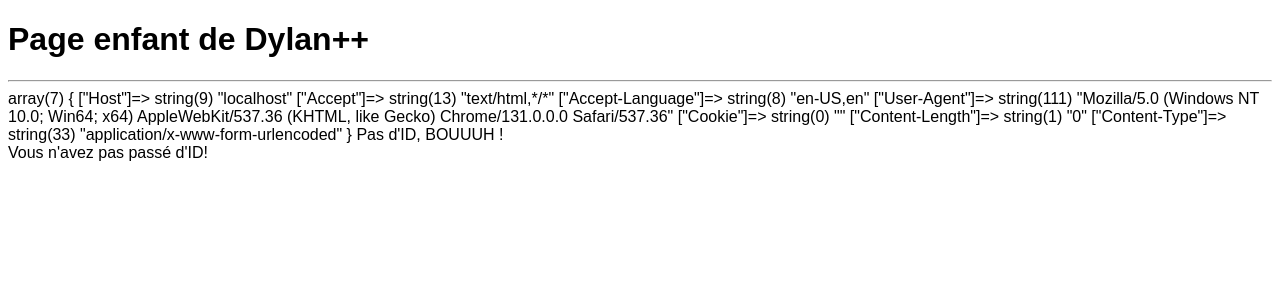
Repository: DylanCahu/cookie
Page: http://localhost/enfant.php
These files come from the project's save history. The page is drawn as it stood at one moment and after the next save; the edit follows.
The browser window is 1280 px wide. The pictures show the whole page.
The page is run by PHP 8.4 with error messages shown; the project is at /var/www/html/.

Above is the page before, as saved 2021-12-13 09:16:49.

After the next save:
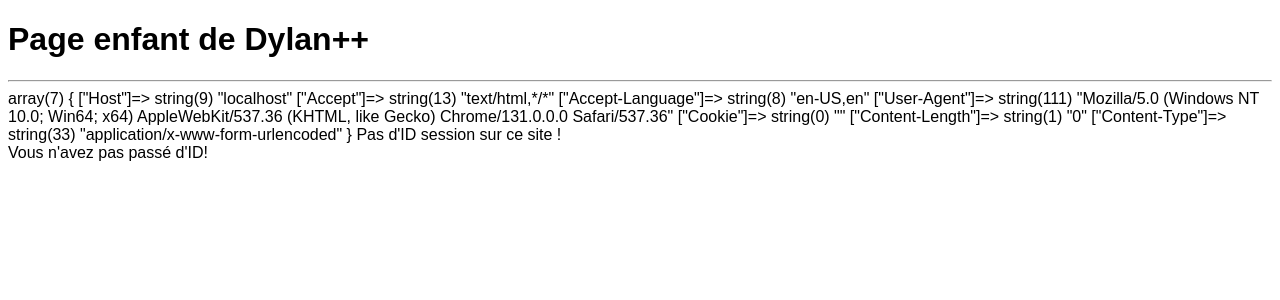
Saved 14 s later.
--- a/enfant.php
+++ b/enfant.php
@@ -30,7 +30,7 @@ session_start();
 
 if (isset($_SESSION['numClient'])) {
     echo "<h3>Mon ID est " . $_SESSION['numClient'] . " </br>";
-    $id = $_SESSION['numClient'];} else {echo "Pas d'ID, BOUUUH !</br>";
+    $id = $_SESSION['numClient'];} else {echo "Pas d'ID session sur ce site !</br>";
     $id = 0;}
 if (isset($_GET['id'])) {
     echo "<h3>Votre ID est " . $_GET['id'] . "</br> ";
